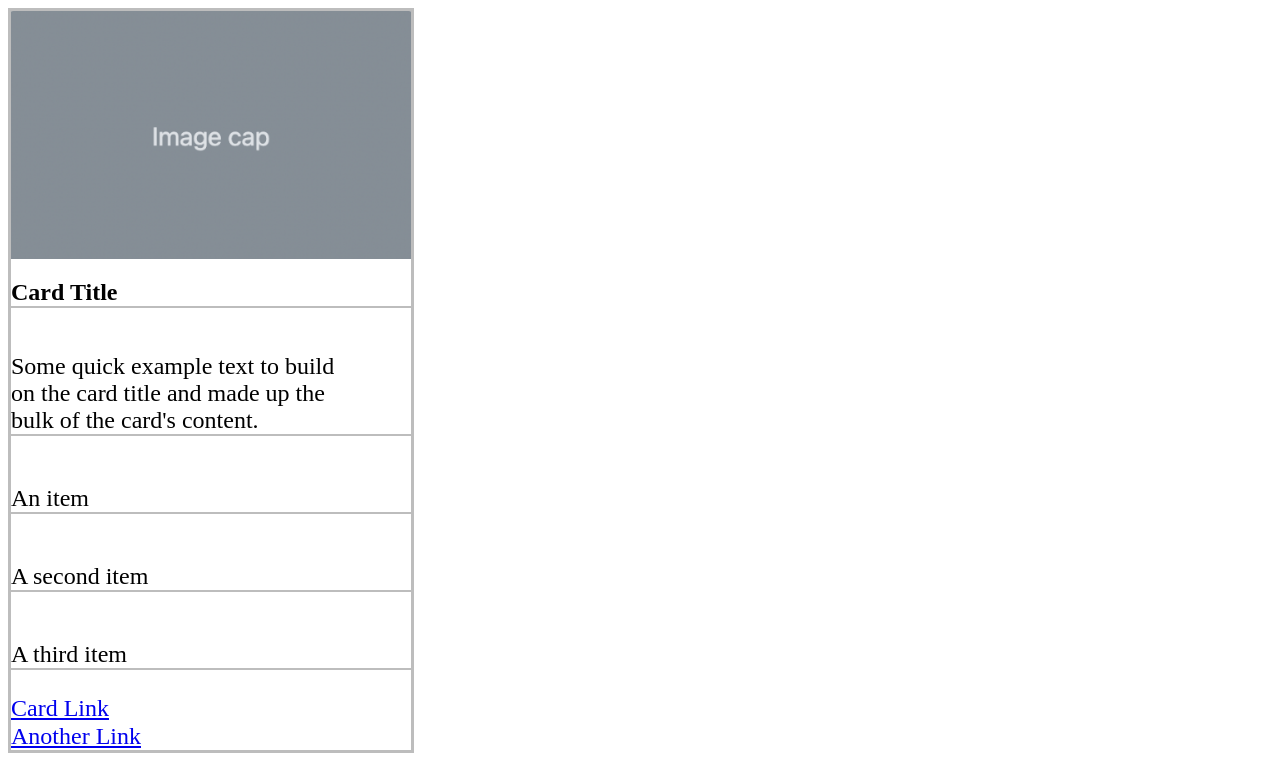
Repository: tr2cky/nav
Page: card.html
An editor plug-in stored every save of this project. The page is shown before and after the next save, followed by the edit.
The browser window is 1280 px wide. The pictures show the whole page.

Above is the page before, as saved 2022-09-27 16:36:17.

### card.html
<!DOCTYPE html>
<html lang="en">

<head>
    <meta charset="UTF-8">
    <meta http-equiv="X-UA-Compatible" content="IE=edge">
    <meta name="viewport" content="width=device-width, initial-scale=1.0">
    <title>Document</title>
    <link rel="stylesheet" href="style.css">
</head>

<body>
    <article class="container">
        <img src="imagecap.png" alt="Image Cap">
        <h2>Card Title</h2>
        <p>Some quick example text to build <br>
            on the card title and made up the <br>
            bulk of the card's content.</p>
        <p>An item</p>
        <p>A second item</p>
        <p>A third item</p>
        <a href="https://google.com">Card Link</a> <a href="https://twitter.com">Another Link</a>
    </article>
</body>

</html>

### style.css
.container {
    display: flex;
    flex-direction: column;
    border: 3px solid rgba(128, 128, 128, 0.516);
    max-width: 400px;
    gap: 1px;
    font-size: 1.5rem;
}
.container > img {
    max-width: 1400px;
}
.container > p, h2 {
    font-size: 1.5rem;
    border-bottom: 2px solid rgba(128, 128, 128, 0.516);
}

After the next save:
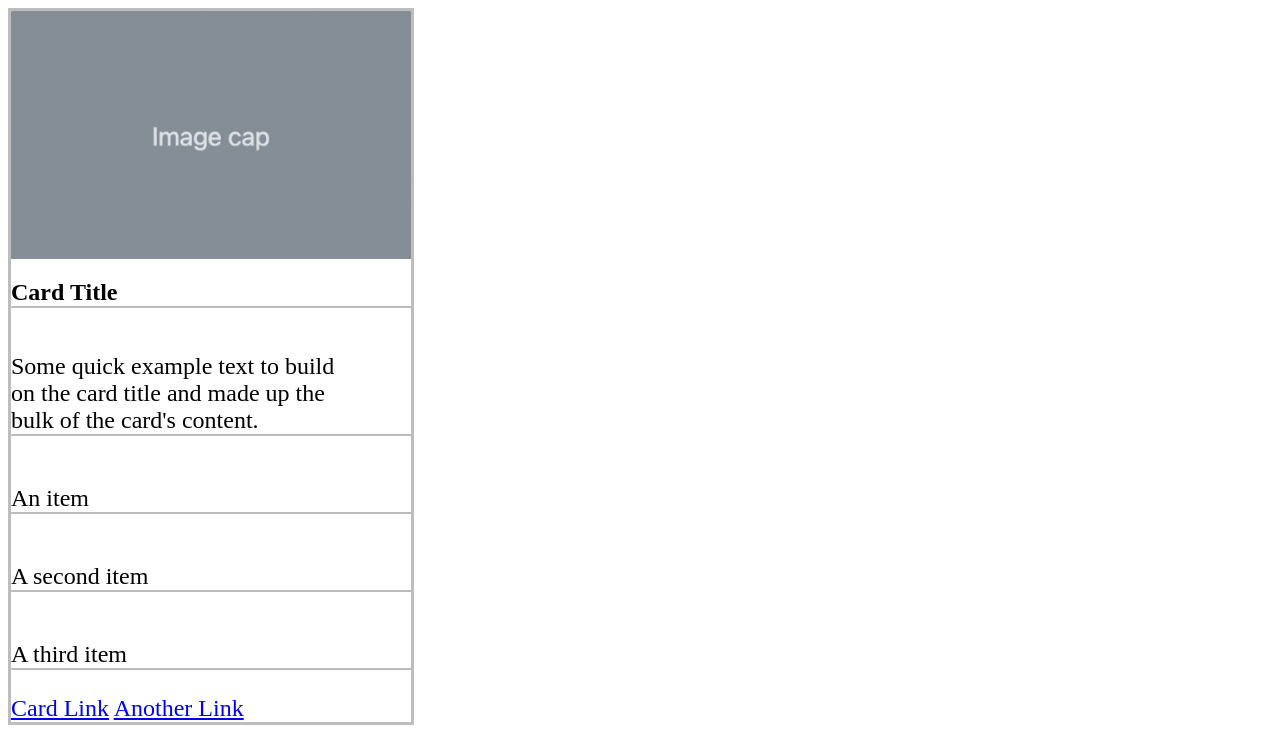
Saved 34 s later.
--- a/card.html
+++ b/card.html
@@ -19,7 +19,7 @@
         <p>An item</p>
         <p>A second item</p>
         <p>A third item</p>
-        <a href="https://google.com">Card Link</a> <a href="https://twitter.com">Another Link</a>
+        <span><a href="https://google.com">Card Link</a> <a href="https://twitter.com">Another Link</a></span>
     </article>
 </body>
 
